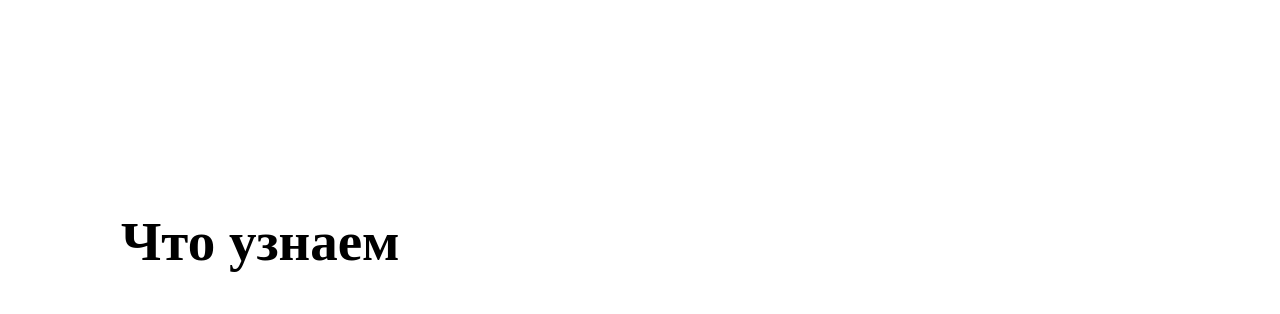
Repository: AytacSafarova/Figma--task
Page: index.html
The author's editor kept a copy of each file at every save. The page is drawn from the files as they stood at one save, then again after a run of saves.
The browser window is 1280 px wide. The pictures show the whole page.

Above is the page before, as saved 2023-08-02 13:51:29.
Console error: ReferenceError: camelcase is not defined

### index.html
<!DOCTYPE html>
<html lang="en">

<head>
    <meta charset="UTF-8">
    <meta name="viewport" content="width=device-width, initial-scale=1.0">
    <title>Document</title>
    <link rel="stylesheet" href="./index.css">
</head>
<body>
<div class="container">
<h1>Что узнаем</h1>
</div>
</body>
<script src="index.js"></script>
</html>

### index.css
* {
  margin: 0;
  padding: 0;
  box-sizing: border-box;
}
.container {
  padding: 214px 0 231px 121px;
}
.container h1 {
  color: #000;
  font-family: Roboto Slab;
  font-size: 55px;
  font-style: normal;
  font-weight: 700;
  line-height: 101.385%;
}

### index.js
let a=4
a=a+2
a+=2
let userName
camelcase
// kebab case

After the next 2 saves:
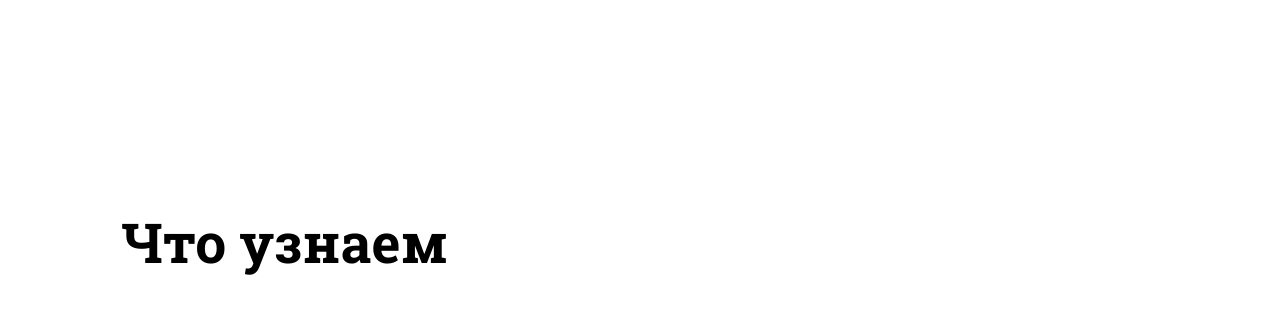
The 2 saves are shown as one change because they came seconds apart.
The last was saved 110 s later.
--- a/index.css
+++ b/index.css
@@ -1,3 +1,4 @@
+@import url('https://fonts.googleapis.com/css2?family=Roboto+Slab:wght@700&display=swap');
 * {
   margin: 0;
   padding: 0;
